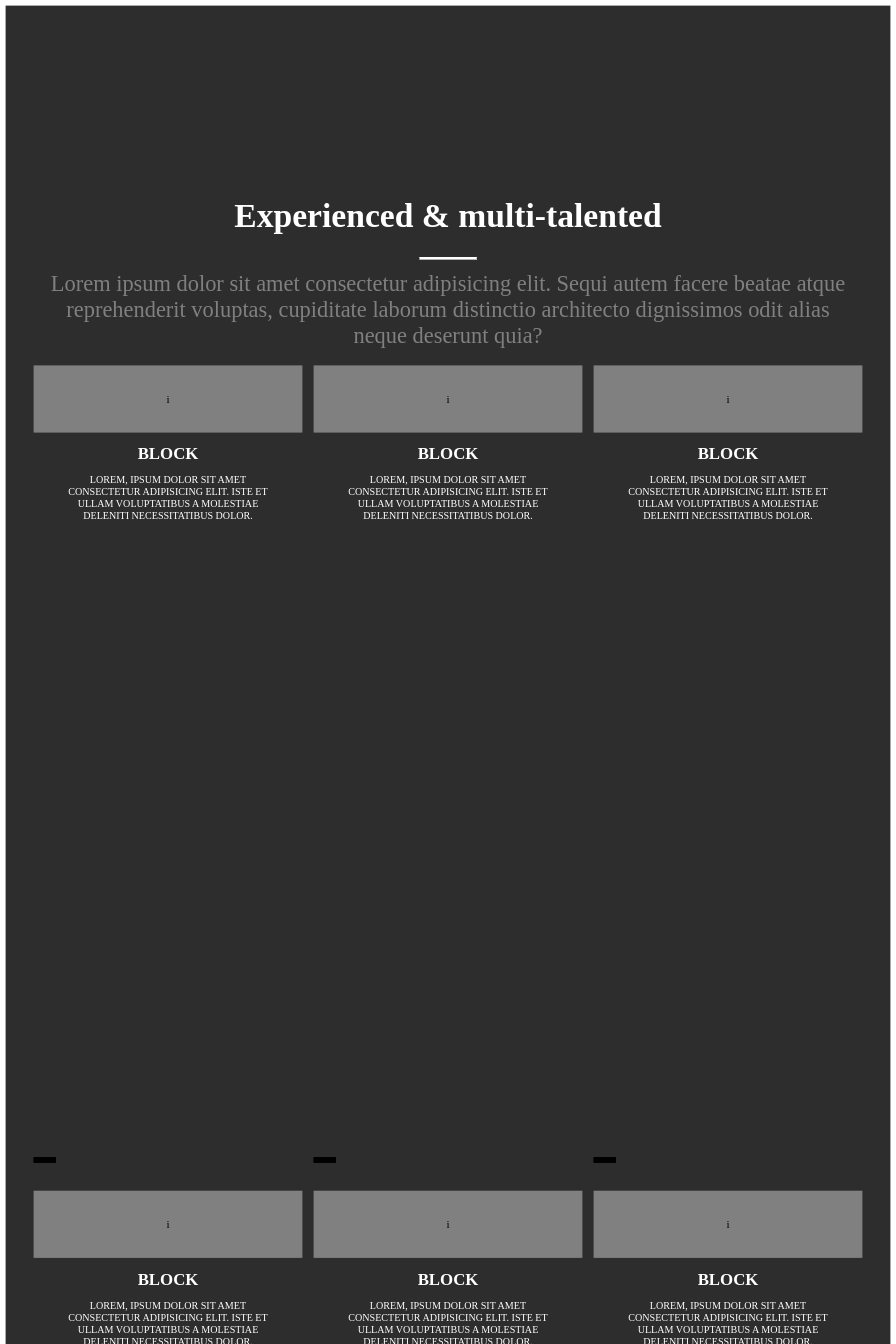
Repository: MohmdMHR/limesharp-test
Page: /
These files come from the project's save history. The page is drawn as it stood at one moment and after the next save; the edit follows.
The browser window is 1280 px wide. The pictures show the part of the page from y = 0 to 1920 px (the page is 4300 px tall), at 70% of full size.
The project was rebuilt for these pictures with package versions that can differ from the ones it lists, and the page was loaded fresh each time. Also part of the build but not shown: vue.config.js.

Above is the page before, as saved 2022-07-20 17:50:44.

After the next save:
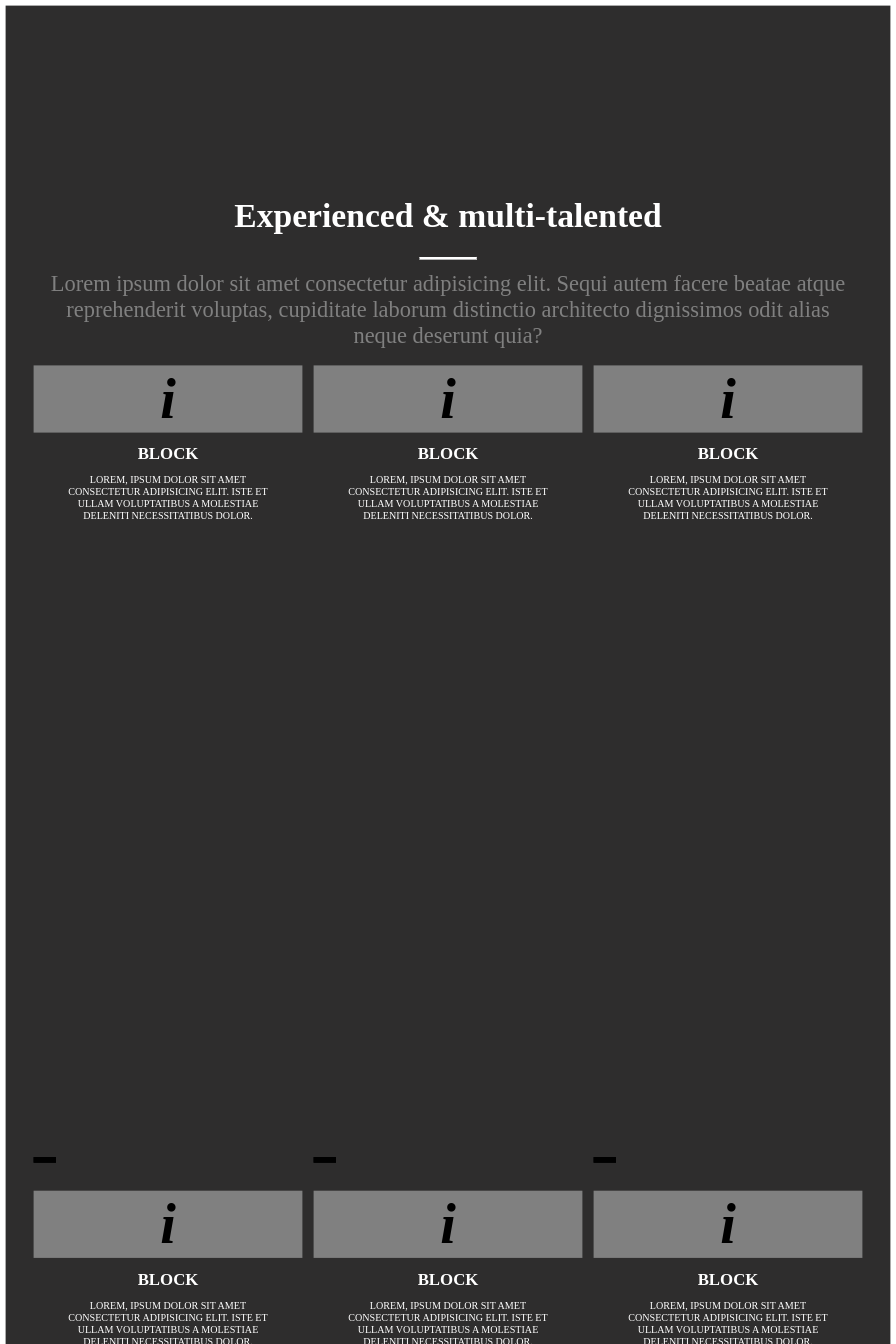
Saved 82 s later.
--- a/src/components/card.vue
+++ b/src/components/card.vue
@@ -52,6 +52,9 @@ export default {
   display: flex;
   align-items: center;
   height: 6rem;
+  font-weight: bold;
+  font-style: italic;
+  font-size: 5rem;
 }
 .card-content-title {
   color: white;
